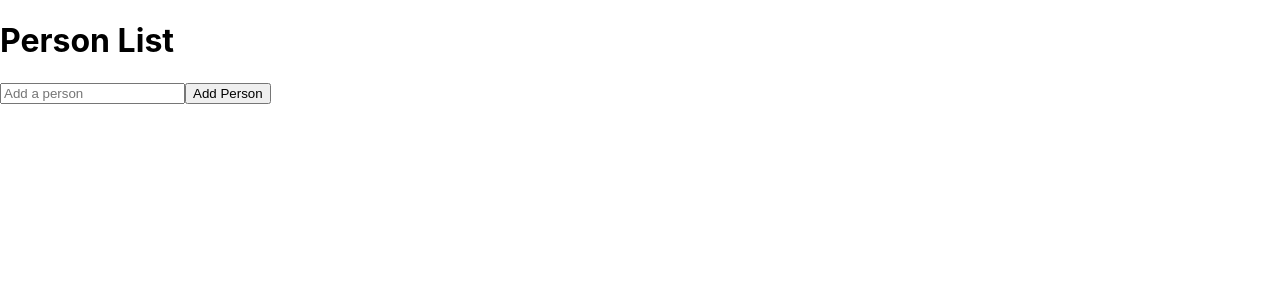
Repository: FilipBienkowski3/WDAI23-24
Page: / (app in services/java/application/react-frontend/)
The author's editor kept a copy of each file at every save. The page is drawn from the files as they stood at one save, then again after the next save.
The browser window is 1280 px wide. The pictures show the whole page.
The page's requests for data from a server got no answer. The project was rebuilt for these pictures with package versions that can differ from the ones it lists, and the page was loaded fresh each time. No one was signed in, and anything a server would have sent is missing.

Above is the page before, as saved 2025-01-04 15:25:47.

### services/java/application/react-frontend/src/index.js
import React from 'react';
import ReactDOM from 'react-dom/client';
import './index.css';
import App from './App';
import reportWebVitals from './reportWebVitals';

const root = ReactDOM.createRoot(document.getElementById('root'));
root.render(
  <React.StrictMode>
    <App />
  </React.StrictMode>
);

// If you want to start measuring performance in your app, pass a function
// to log results (for example: reportWebVitals(console.log))
// or send to an analytics endpoint. Learn more: https://bit.ly/CRA-vitals
reportWebVitals();
//punkt wejscia aplikacji

### services/java/application/react-frontend/src/App.js
import React from 'react';
import { BrowserRouter as Router, Routes, Route } from 'react-router-dom';
import Home from './pages/Home';

function App() {
  return (
    <Router>
      <Routes>
        <Route path="/" element={<Home />} />
      </Routes>
    </Router>
  );
}

export default App;

//głowny plik aplikacji

### services/java/application/react-frontend/src/pages/Home.js
import React, { useState, useEffect } from 'react';
import { getPersons, addPerson } from '../api';

function Home() {
  const [persons, setPersons] = useState([]);
  const [newPerson, setNewPerson] = useState('');

  // Pobieranie listy osób
  useEffect(() => {
    getPersons().then((response) => {
      setPersons(response.data);
    });
  }, []);

  // Dodawanie nowej osoby
  const handleAddPerson = () => {
    const person = { name: newPerson };
    addPerson(person).then(() => {
      setPersons([...persons, person]);
      setNewPerson('');
    });
  };

  return (
    <div>
      <h1>Person List</h1>
      <ul>
        {persons.map((person, index) => (
          <li key={index}>{person.name}</li>
        ))}
      </ul>
      <input
        type="text"
        value={newPerson}
        onChange={(e) => setNewPerson(e.target.value)}
        placeholder="Add a person"
      />
      <button onClick={handleAddPerson}>Add Person</button>
    </div>
  );
}

export default Home;

### services/java/application/react-frontend/src/api.js
//plik konfiguracji do backendu
import axios from 'axios';

const API = axios.create({
  baseURL: 'http://localhost:8080', // Adres Twojego backendu
});

export const getPersons = () => API.get('/person');
export const addPerson = (person) => API.post('/person', person);

export default API;

Loaded but not shown: services/java/application/react-frontend/public/index.html (common file); services/java/application/react-frontend/src/index.css (common file); services/java/application/react-frontend/src/reportWebVitals.js (common file)

After the next save:
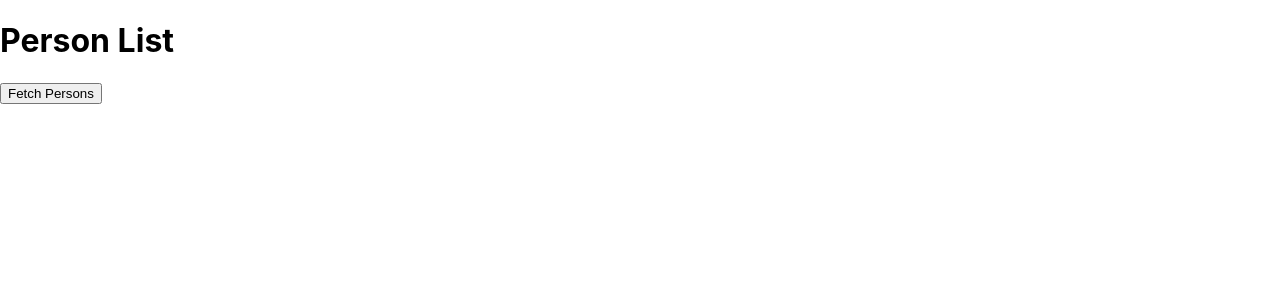
Saved 5 min 25 s later.
--- a/services/java/application/react-frontend/src/pages/Home.js
+++ b/services/java/application/react-frontend/src/pages/Home.js
@@ -1,41 +1,25 @@
-import React, { useState, useEffect } from 'react';
-import { getPersons, addPerson } from '../api';
+import React, { useState } from 'react';
+import { getPersons } from '../api';
 
 function Home() {
   const [persons, setPersons] = useState([]);
-  const [newPerson, setNewPerson] = useState('');
 
-  // Pobieranie listy osób
-  useEffect(() => {
+  // Pobieranie listy osób po kliknięciu przycisku
+  const handleFetchPersons = () => {
     getPersons().then((response) => {
       setPersons(response.data);
-    });
-  }, []);
-
-  // Dodawanie nowej osoby
-  const handleAddPerson = () => {
-    const person = { name: newPerson };
-    addPerson(person).then(() => {
-      setPersons([...persons, person]);
-      setNewPerson('');
     });
   };
 
   return (
     <div>
       <h1>Person List</h1>
+      <button onClick={handleFetchPersons}>Fetch Persons</button>
       <ul>
         {persons.map((person, index) => (
           <li key={index}>{person.name}</li>
         ))}
       </ul>
-      <input
-        type="text"
-        value={newPerson}
-        onChange={(e) => setNewPerson(e.target.value)}
-        placeholder="Add a person"
-      />
-      <button onClick={handleAddPerson}>Add Person</button>
     </div>
   );
 }
